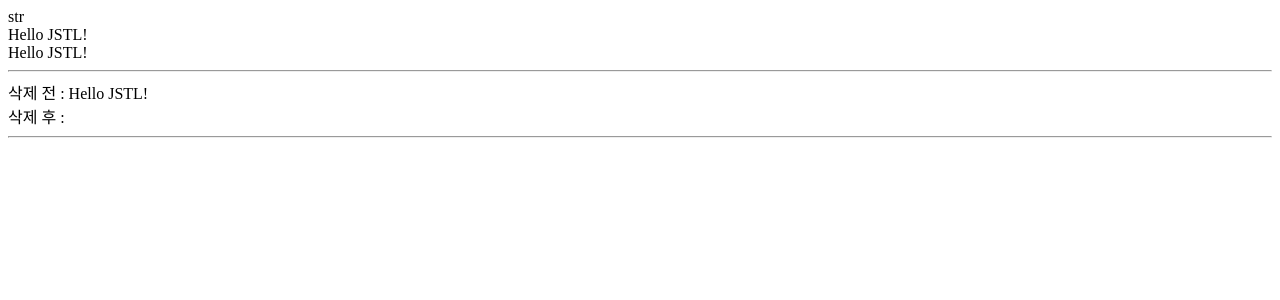
Repository: wjsjsn/23_jspstudy
Page: http://localhost/02_jsp/view/ex13_JSTL.jsp
An editor plug-in stored every save of this project. The page is shown before and after the next save, followed by the edit.
The browser window is 1280 px wide. The pictures show the whole page.
The page is served by Tomcat 9. Other server files are loaded and not shown.

Above is the page before, as saved 2023-07-05 07:13:24.

### 02_jsp/src/main/webapp/view/ex13_JSTL.jsp
<%@ page language="java" contentType="text/html; charset=UTF-8"
    pageEncoding="UTF-8"%>
    <%@ taglib prefix="c" uri="http://java.sun.com/jsp/jstl/core" %>
    <%@ taglib prefix="fmt" uri="http://java.sun.com/jsp/jstl/fmt" %>
<!DOCTYPE html>
<html>
<head>
<meta charset="UTF-8">
<title>JSTL : JSP 표준 태그 라이브러리</title>
</head>
<body>
<%--
	1. 라이브러리 다운 받아서 해당 프로젝트에 넣기(tomcat.apache.org)
	2. 다운받은 라이브러리를 WEB-INF 안에 lib 폴더 안에 넣기
	3. 지시어 중 taglib를 선언하고 정의하기
	  <%@ taglib prefix="c" uri="http://java.sun.com/jsp/jstl/core" %>
      <%@ taglib prefix="fmt" uri="http://java.sun.com/jsp/jstl/fmt" %>
      - core(코어) : <c: 명령어>
      - fmt(국제화 = 숫자, 날짜) : <fmt: 명령어>
 --%>

 <%-- 변수 생성 및 데이터 저장 : 기본이 pageContext에 저장됨 --%>
 <%-- 변수 생성(set) => <c:set var="변수 명" value="데이터" /> --%>
 <c:set var="str" value="Hello JSTL!" />

 <%-- 변수 출력(out) => <c:out value="출력할 내용 또는 EL 표시(변수값 출력)" /> --%>
 <c:out value=" str" /><br>
 <c:out value="${str}" /><br>
 ${str}<br>
<hr>

삭제 전 : ${str}<br>
<%-- EL 사용하는 거 아님(value값이 아니라서) --%>
<c:remove var="str"/>
삭제 후 : ${str}<br>
<hr>

</body>
</html>

After the next save:
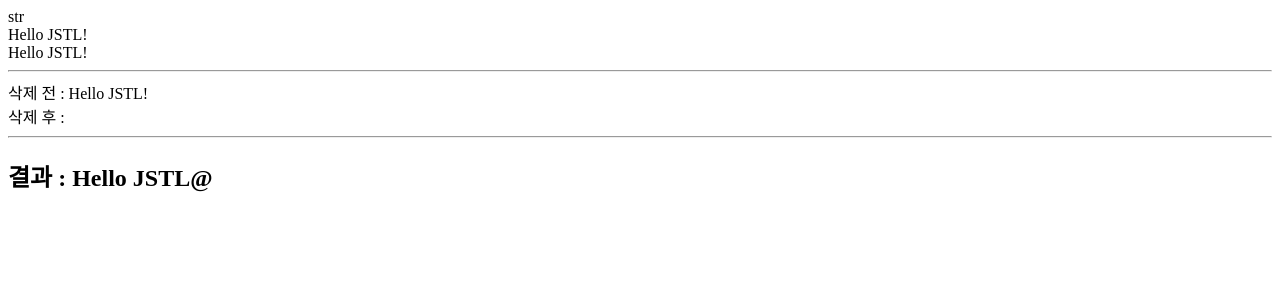
Saved 4 min 16 s later.
--- a/02_jsp/src/main/webapp/view/ex13_JSTL.jsp
+++ b/02_jsp/src/main/webapp/view/ex13_JSTL.jsp
@@ -35,5 +35,15 @@
 삭제 후 : ${str}<br>
 <hr>
 
+<%--
+	if문 : esle문이 없음
+	       조건식이 참일 때만 실행
+            <c:if test="조건식(관계연산, 비교연산 => EL 방식으로 작성)" var="변수">
+            	조건식이 참일 때 실행할 내용
+            </c:if>
+ --%>
+<c:if test="${4>3}">
+	<h2> 결과 : Hello JSTL@</h2>
+</c:if>
 </body>
 </html>

After the save that followed:
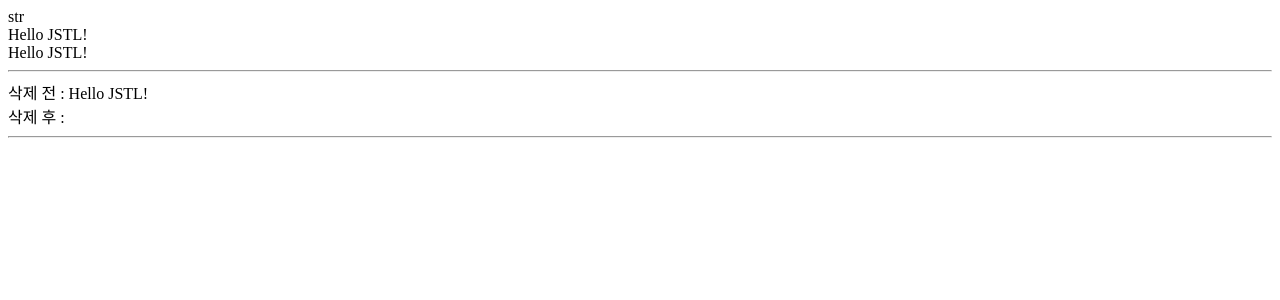
Saved 17 s later.
--- a/02_jsp/src/main/webapp/view/ex13_JSTL.jsp
+++ b/02_jsp/src/main/webapp/view/ex13_JSTL.jsp
@@ -42,7 +42,7 @@
             	조건식이 참일 때 실행할 내용
             </c:if>
  --%>
-<c:if test="${4>3}">
+<c:if test="${4<3}">
 	<h2> 결과 : Hello JSTL@</h2>
 </c:if>
 </body>
